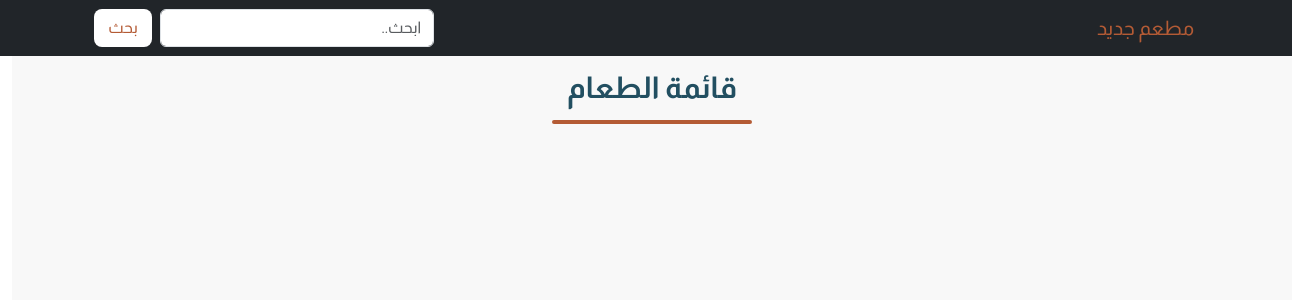
Repository: kerlos-alfy/Restaurant-Menu
Page: /
The author's editor kept a copy of each file at every save. The page is drawn from the files as they stood at one save, then again after the next save.
The browser window is 1280 px wide. The page is 1292 px wide, so the pictures cover 1292 px, including what lies to the right of the window. The pictures show the whole page.
Some web fonts or font styles are not loaded; a fallback is used. The project was rebuilt for these pictures with package versions that can differ from the ones it lists, and the page was loaded fresh each time. Also part of the build but not shown: vite.config.js, src/App.css.

Above is the page before, as saved 2024-12-20 01:18:53.

After the next save:
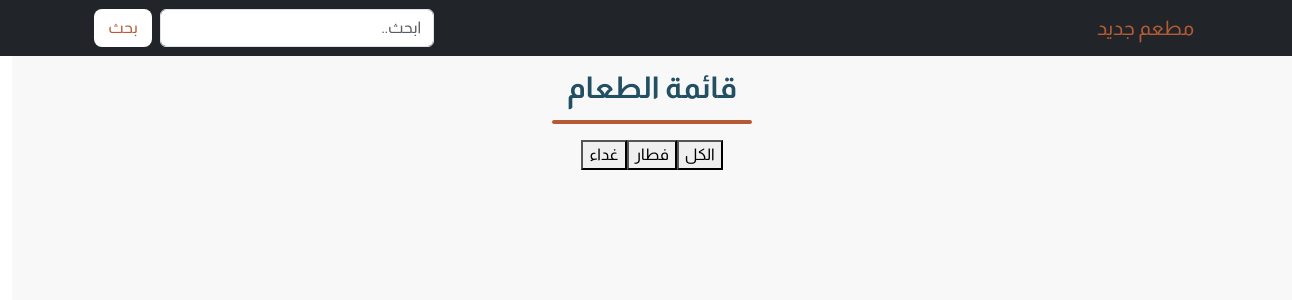
Saved 15 s later.
--- a/src/App.jsx
+++ b/src/App.jsx
@@ -2,12 +2,14 @@ import { Container } from "react-bootstrap";
 import "./App.css";
 import NavBar from "./components/NavBar";
 import Header from "./components/Header";
+import Category from "./components/Category";
 function App() {
 	return (
 		<div className="color-body font">
 			<NavBar />
 			<Container>
 				<Header />
+				<Category />
 			</Container>
 		</div>
 	);
